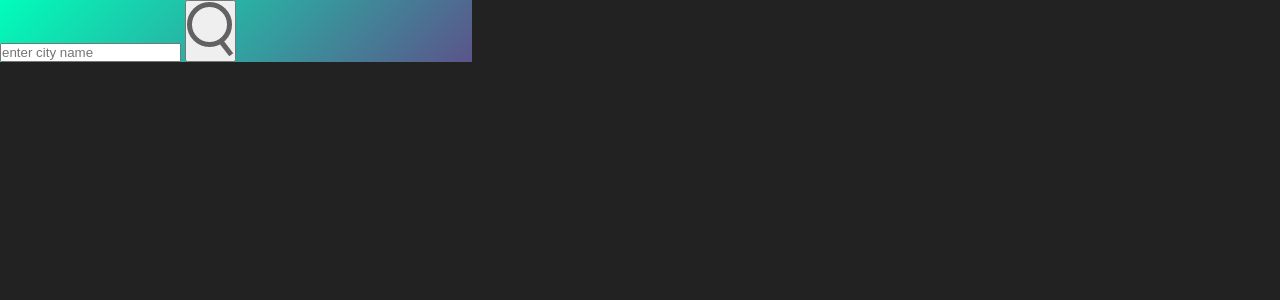
Repository: Rohit-foryou/Weather-app
Page: Weather App/Weather.html
These files come from the project's save history. The page is drawn as it stood at one moment and after the next save; the edit follows.
The browser window is 1280 px wide. The pictures show the whole page.

Above is the page before, as saved 2023-12-13 14:07:35.

After the next save:
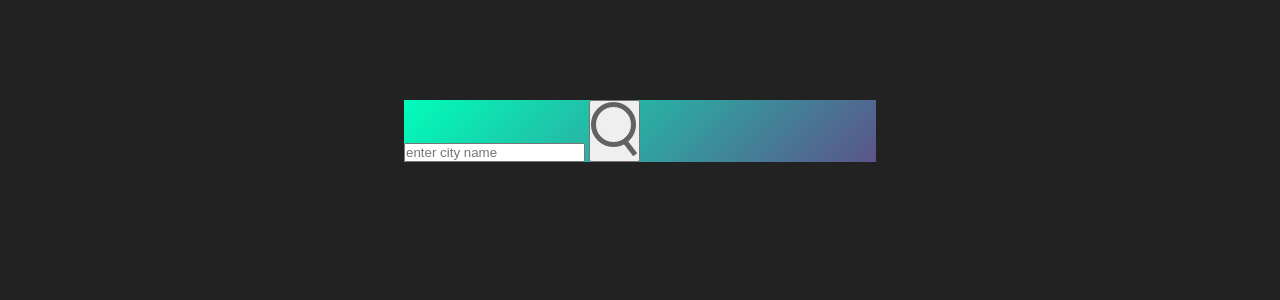
Saved 21 s later.
--- a/Weather App/Weather.css
+++ b/Weather App/Weather.css
@@ -14,4 +14,5 @@ body{
     max-width: 472px;
     background: linear-gradient(135deg, #00feba, #5b548a);
     color: #fff;
+    margin: 100px auto 0;
 }
